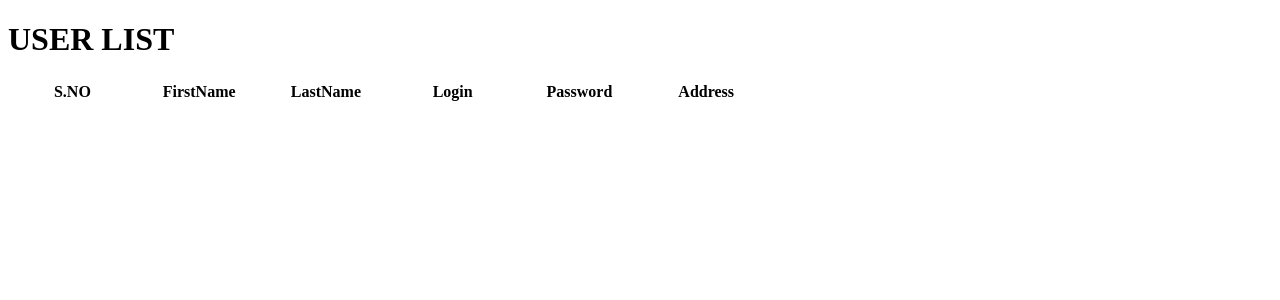
Repository: jatinragh42/Project_3_module
Page: http://localhost/p3/UserListView.jsp
These files come from the project's save history. The page is drawn as it stood at one moment and after the next save; the edit follows.
The browser window is 1280 px wide. The pictures show the whole page.
The page is served by Tomcat 9.

Above is the page before, as saved 2023-11-29 09:47:44.

After the next save:
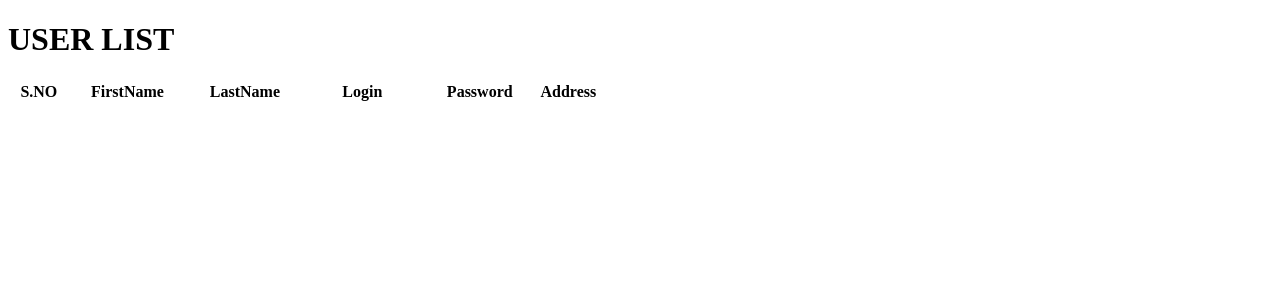
Saved 38 s later.
--- a/Project_3_module_practice/p3/src/main/webapp/UserListView.jsp
+++ b/Project_3_module_practice/p3/src/main/webapp/UserListView.jsp
@@ -15,11 +15,11 @@
 				<thead>
 					<tr>
 						<th width="10%" class="text">S.NO</th>
-						<th width="10%" class="text">FirstName</th>
-						<th width="10%" class="text">LastName</th>
-						<th width="10%" class="text">Login</th>
-						<th width="10%" class="text">Password</th>
-						<th width="10%" class="text">Address</th>
+						<th width="20%" class="text">FirstName</th>
+						<th width="20%" class="text">LastName</th>
+						<th width="20%" class="text">Login</th>
+						<th width="20%" class="text">Password</th>
+						<th width="20%" class="text">Address</th>
 					</tr>
 			</table>
 
